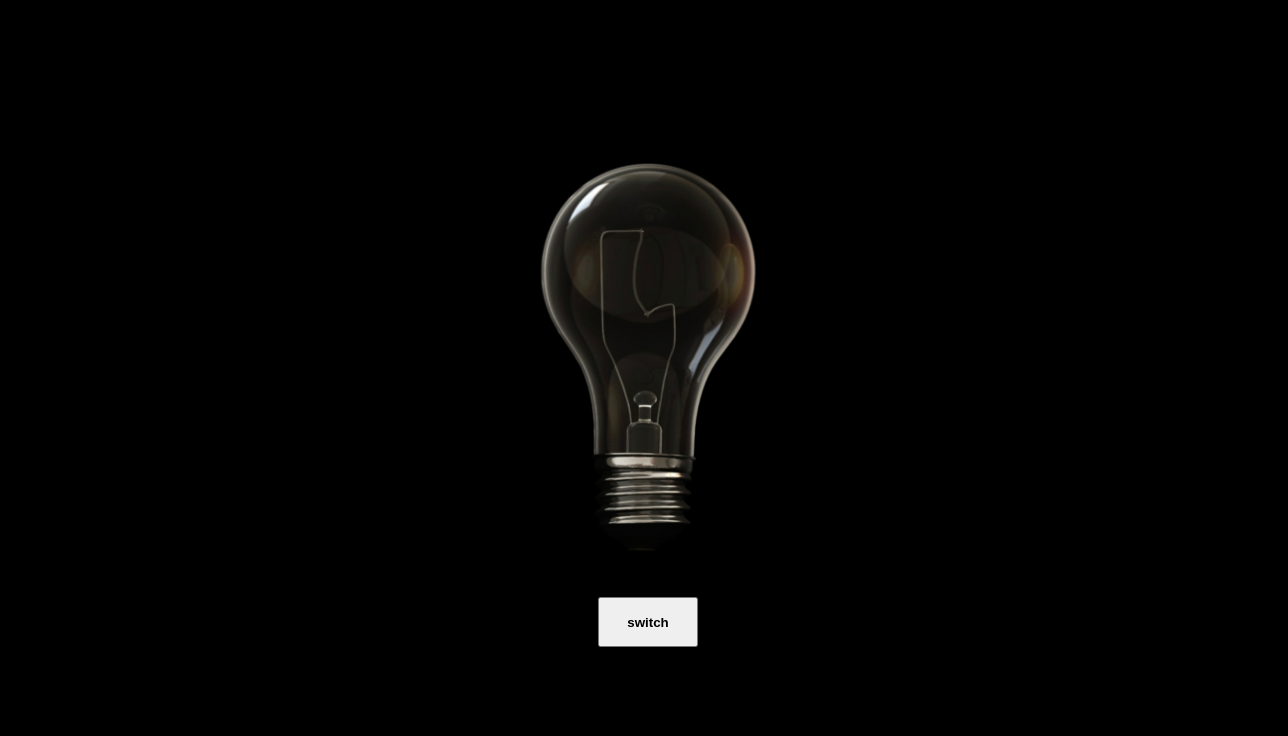
Repository: JunaidAnsari202/bulb
Page: index.html
These files come from the project's save history. The page is drawn as it stood at one moment and after a run of saves; the edit follows.
The browser window is 1280 px wide. The page is 1288 px wide, so the pictures cover 1288 px, including what lies to the right of the window. The pictures show the whole page.
The pointer rests on the first visible `.bttn`.

Above is the page before, as saved 2023-10-27 21:43:22.

### index.html
<!DOCTYPE html>
<html lang="en">
<head>
    <meta charset="UTF-8">
    <meta name="viewport" content="width=device-width, initial-scale=1.0">
    <title>Document</title>
    <link rel="stylesheet" href="style.css">
</head>
<body>
<div><img id="bulb" src="img/off.jpg" alt="" class="bulb"></div>
   <div> <button id="btn" class="bttn" ><span style="display: hidden;">switch</span></button></div>
</body>

<script>
    let button=document.getElementById('btn')
    let bulb=document.getElementById('bulb')
    button.addEventListener('click',bulbs)
    function bulbs(e){
        if(button.textContent.includes('on')){
            bulb.src="img/off.jpg"
            button.textContent="Turn off"
        }
        else{
            bulb.src="img/on.jpg"
            button.textContent="Turn on"
        }
    }
   </script>
</html>

### style.css
body{
    width: 100vw;
    height: 100vh;
    background-color: black;
    overflow: hidden;
    display: flex;
    justify-content: center;
    align-items: center;
    flex-direction: column;
}
*{
    /* border: 1px red dashed; */

}
.bulb{
    height: 500px;
    width: 350px;
}


.bttn{
    margin-top: 4%;
    /* margin-left: ; */
    font-weight: 800;
    height: 50px;
    width: 100px;

}
.bttn:hover{
    background-color: ;

}

After the next 2 saves:
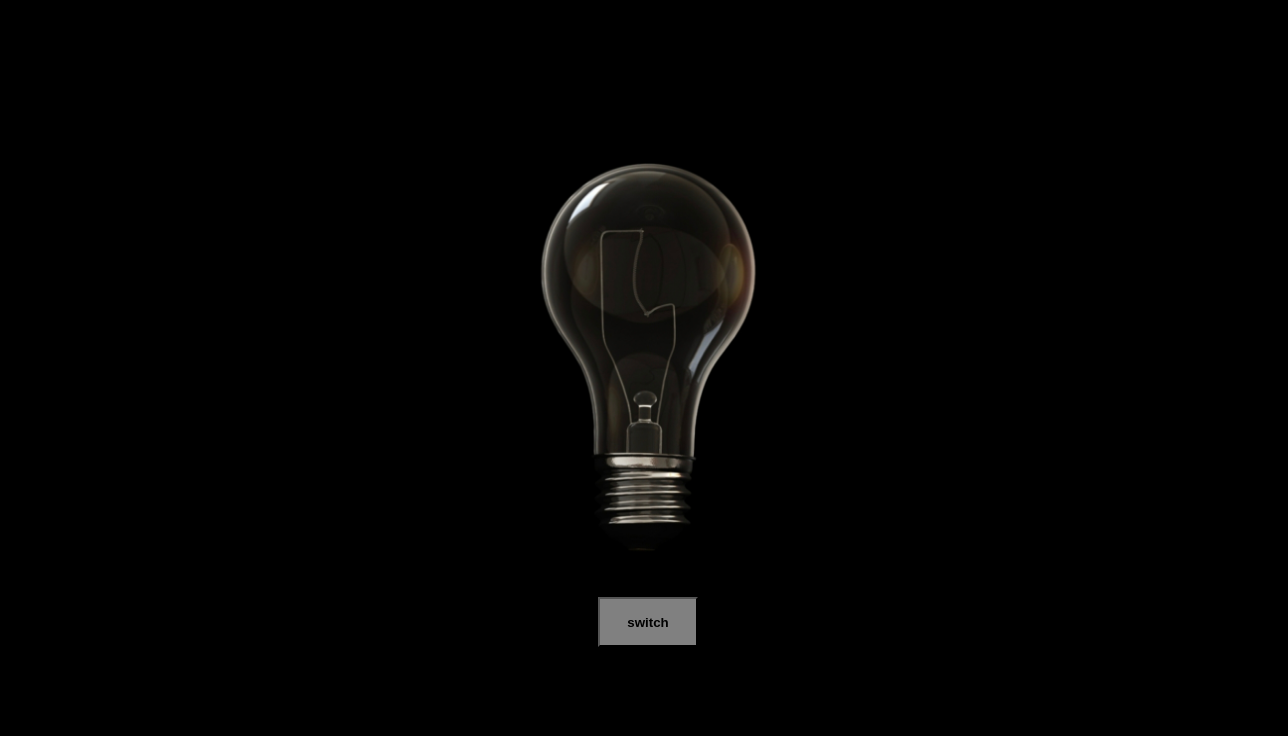
The 2 saves are shown as one change because they came seconds apart.
The last was saved 5 s later.
--- a/style.css
+++ b/style.css
@@ -27,6 +27,6 @@ body{
 
 }
 .bttn:hover{
-    background-color: ;
+    background-color: grey;
 
 }
